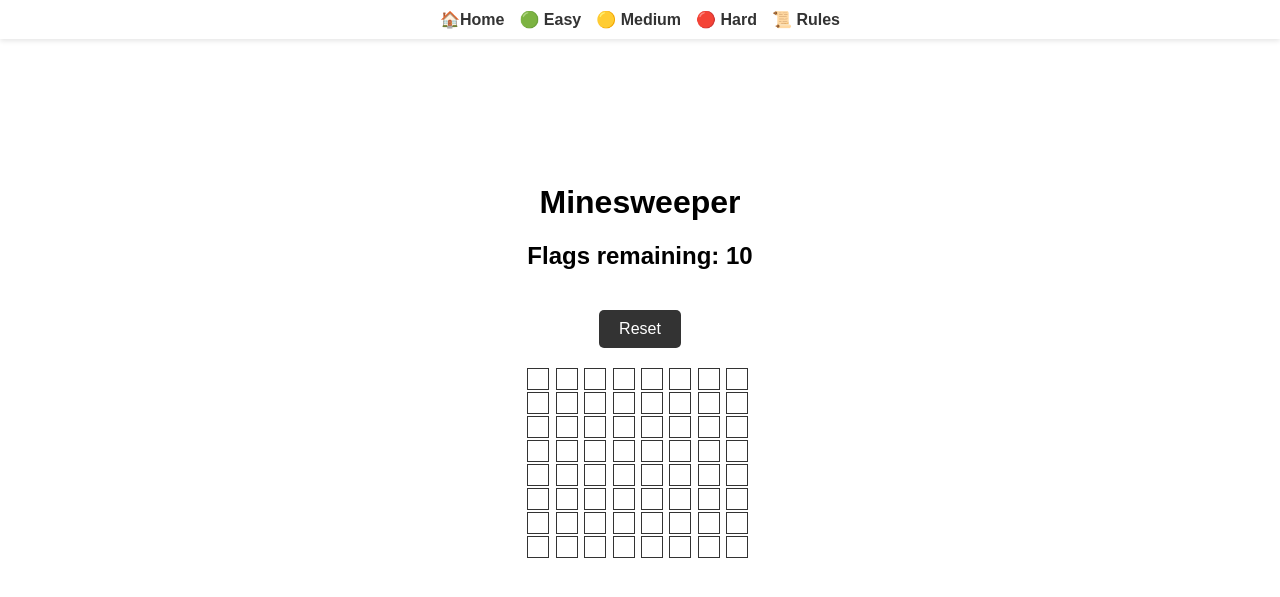
Repository: liwingy/-WingYee-_-Li-project2
Page: /game/easy
The author's editor kept a copy of each file at every save. The page is drawn from the files as they stood at one save, then again after the next save.
The browser window is 1280 px wide. The pictures show the whole page.
The project was rebuilt for these pictures with package versions that can differ from the ones it lists, and the page was loaded fresh each time. Also part of the build but not shown: src/views/Homepage.css, src/views/Homepage.js, src/views/Rules.js.

Above is the page before, as saved 2024-11-11 20:48:22.

After the next save:
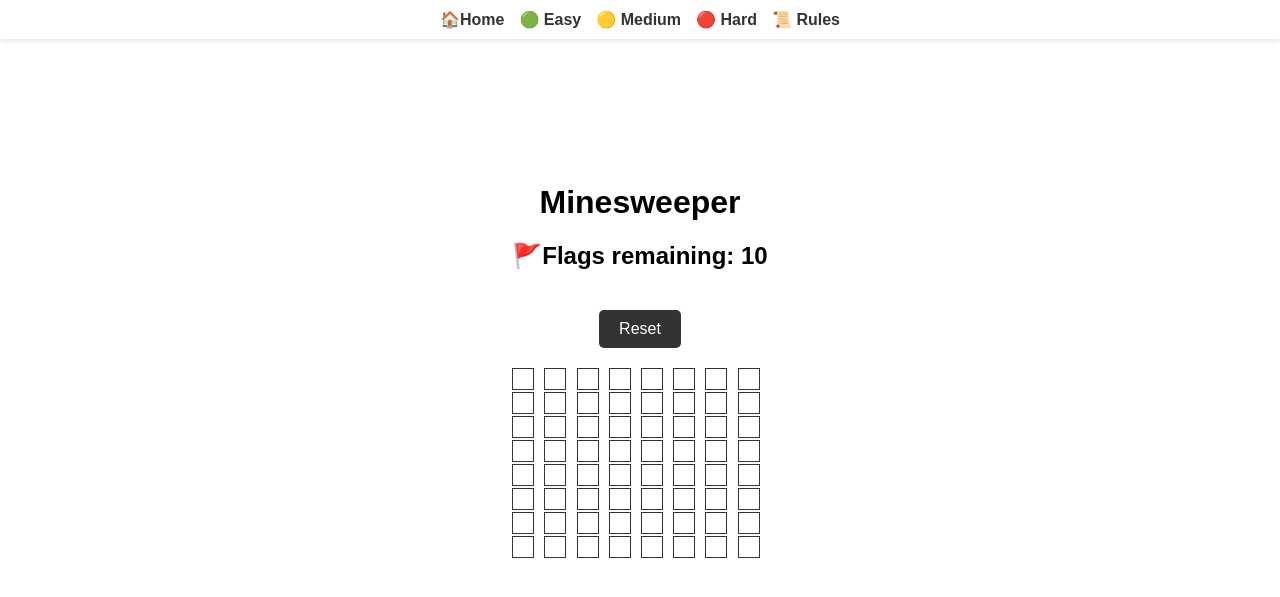
Saved 2 min 48 s later.
--- a/src/views/Game.js
+++ b/src/views/Game.js
@@ -158,7 +158,7 @@ function Game() {
   return (
     <div>
       <h1>{isGameOver ? "Game Over" : hasWon ? "You Won!" : "Minesweeper"}</h1>
-      <h2>Flags remaining: {flagCount}</h2>
+      <h2>🚩Flags remaining: {flagCount}</h2>
       <button onClick={resetGame}>Reset</button>
       <div className="board" style={{ gridTemplateColumns: `repeat(${config.size}, 1fr)` }}>
         {grid.map((row, rIndex) =>
